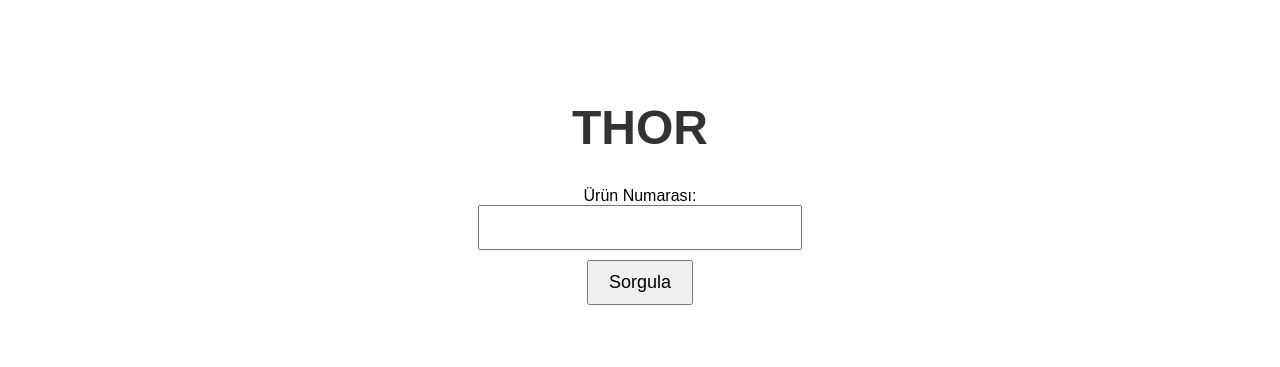
Repository: emrehendemoglu/warranty-inquiry
Page: http://localhost/
The author's editor kept a copy of each file at every save. The page is drawn from the files as they stood at one save, then again after the next save.
The browser window is 1280 px wide. The pictures show the whole page.
The page is served by the project's application, run on Flask 3 (app.py).

Above is the page before, as saved 2025-07-21 15:49:53.

After the next save:
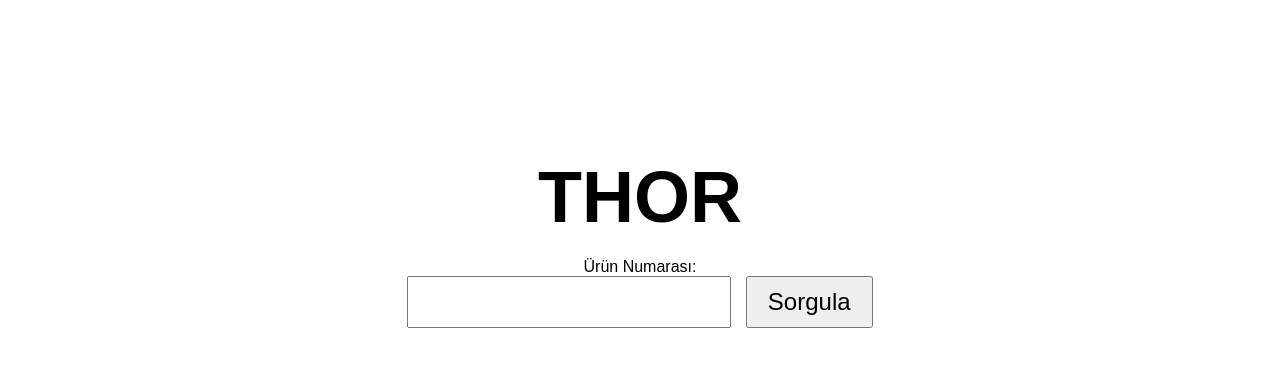
Saved 12 s later.
--- a/templates/index.html
+++ b/templates/index.html
@@ -1,54 +1,49 @@
 <!DOCTYPE html>
-<html>
+<html lang="tr">
 <head>
-    <title>Thor Ürün Sorgulama</title>
+    <meta charset="UTF-8" />
+    <title>Thor Şirketi</title>
     <style>
         body {
             font-family: Arial, sans-serif;
             text-align: center;
-            margin-top: 100px;
+            padding-top: 100px;
         }
         h1 {
-            font-size: 48px;
-            color: #333;
-        }
-        form {
-            margin-top: 30px;
+            font-size: 72px;
+            margin-bottom: 20px;
         }
         input[type="text"] {
+            font-size: 24px;
             padding: 10px;
-            font-size: 18px;
             width: 300px;
         }
         input[type="submit"] {
+            font-size: 24px;
             padding: 10px 20px;
-            font-size: 18px;
-            margin-top: 10px;
+            margin-left: 10px;
         }
-        .sonuc {
-            margin-top: 30px;
-            font-size: 20px;
+        .result {
+            margin-top: 40px;
+            font-size: 28px;
+            font-weight: bold;
         }
     </style>
 </head>
 <body>
     <h1>THOR</h1>
-    <form method="POST">
-        <label>Ürün Numarası:</label><br>
-        <input type="text" name="urun_numarasi" required><br>
-        <input type="submit" value="Sorgula">
+    <form method="post">
+        <label for="urun_numarasi">Ürün Numarası:</label><br />
+        <input type="text" id="urun_numarasi" name="urun_numarasi" required />
+        <input type="submit" value="Sorgula" />
     </form>
-
-    {% if urun_bilgisi %}
-    <div class="sonuc">
-        <p><strong>Ürün Adı:</strong> {{ urun_bilgisi.urun_adi }}</p>
-        <p><strong>Ürün Numarası:</strong> {{ urun_bilgisi.urun_numarasi }}</p>
-        <p><strong>Kalan Garanti Süresi:</strong> {{ kalan_sure }}</p>
+    <div class="result">
+        {% if urun_bilgisi %}
+            Ürün Adı: {{ urun_bilgisi }}<br />
+        {% endif %}
+        {% if kalan_sure %}
+            Kalan Garanti Süresi: {{ kalan_sure }}
+        {% endif %}
     </div>
-    {% elif kalan_sure %}
-    <div class="sonuc">
-        <p>{{ kalan_sure }}</p>
-    </div>
-    {% endif %}
 </body>
 </html>
